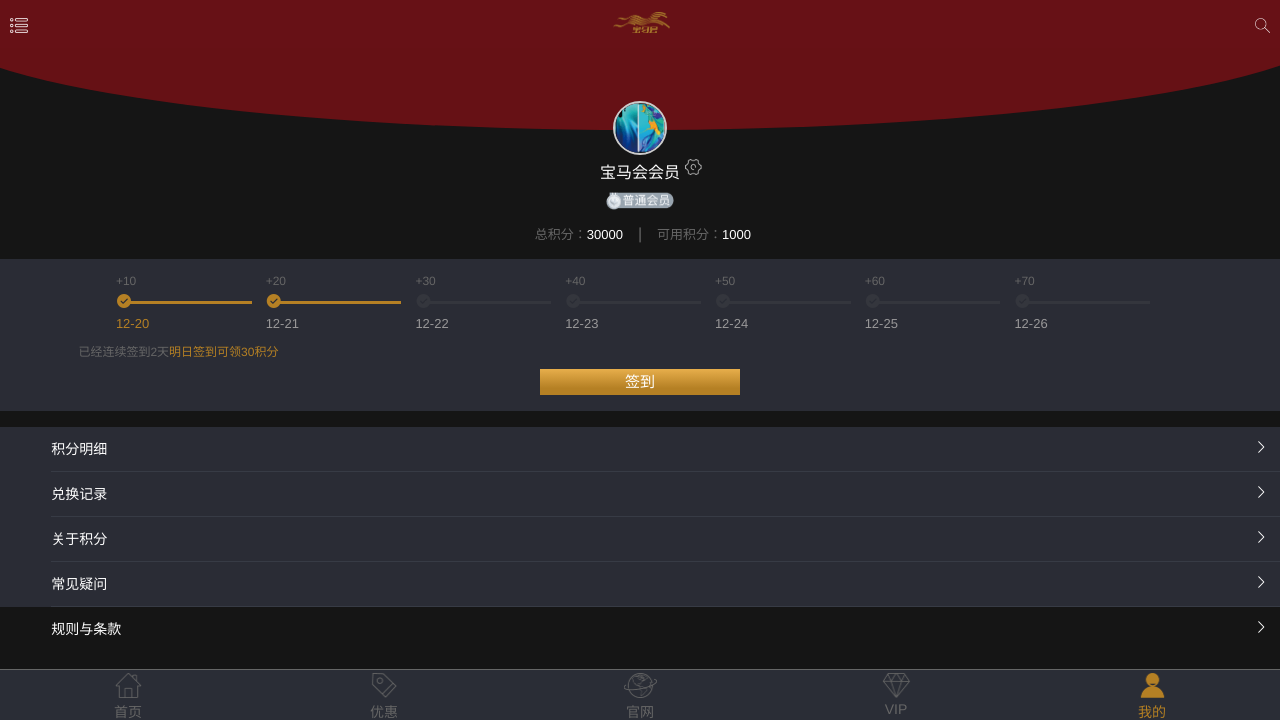
Repository: ada6688/IntegralMall
Page: /Member
An editor plug-in stored every save of this project. The page is shown before and after the next save, followed by the edit.
The browser window is 1280 px wide. The pictures show the whole page.
The project was rebuilt for these pictures with package versions that can differ from the ones it lists, and the page was loaded fresh each time. Also part of the build but not shown: src/components/page/notice.vue, src/components/page/shouye.vue, src/components/page/Vip.vue, src/components/page/Youhui.vue, src/router/index.js.

Above is the page before, as saved 2020-01-04 17:24:55.

After the next save:
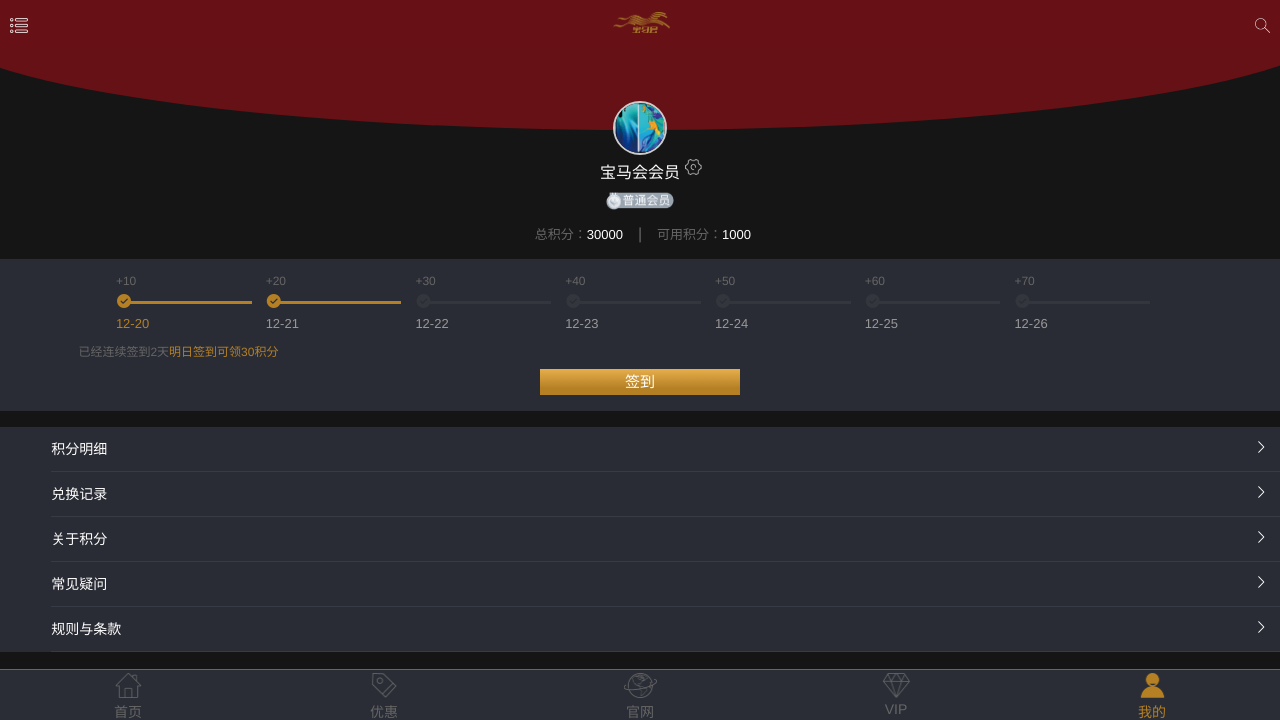
Saved 20 s later.
--- a/src/assets/css/index.css
+++ b/src/assets/css/index.css
@@ -257,7 +257,7 @@
   background: #2A2C35;
   padding: 0 4%;
 }
-.member-jifen,.member-duihuan,.member-guanyu,.member-yiwen,.member-huize{
+.member-jifen,.member-duihuan,.member-guanyu,.member-yiwen,.member-guize{
   height: 44px;
   border-bottom: 1px solid #373B45;
 }
